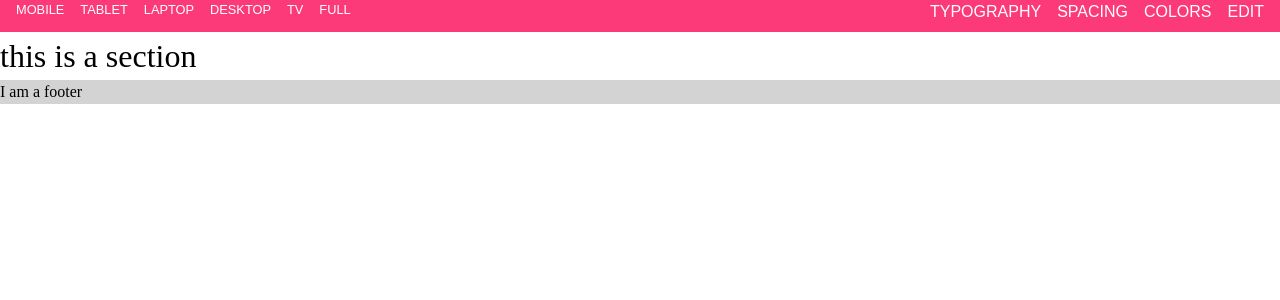
Repository: Terrycoco/coco-playground
Page: /
An editor plug-in stored every save of this project. The page is shown before and after the next save, followed by the edit.
The browser window is 1280 px wide. The pictures show the whole page.
The project was rebuilt for these pictures with package versions that can differ from the ones it lists, and the page was loaded fresh each time. The framework's server and built-in components were replaced by stand-ins that run in the browser. Also part of the build but not shown: next.config.js, src/components/layout/FakeHeader.js.

Above is the page before, as saved 2023-03-20 11:39:09.

After the next save:
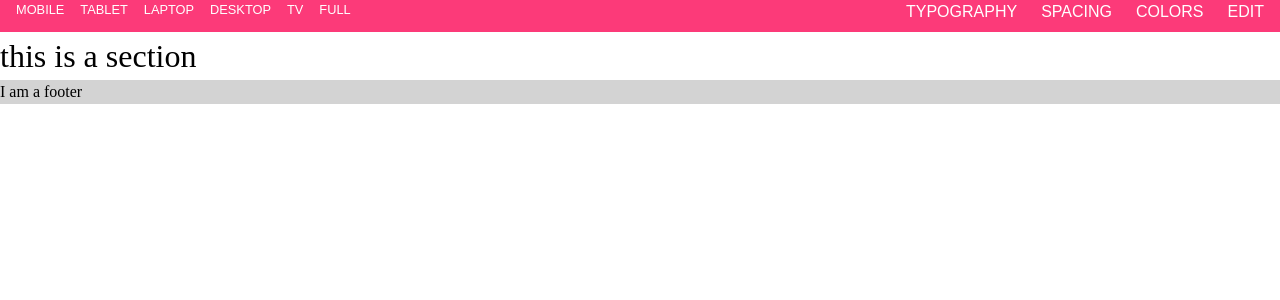
Saved 26 s later.
--- a/src/components/menus/MainMenu.js
+++ b/src/components/menus/MainMenu.js
@@ -25,7 +25,7 @@ function MainMenu() {
       fontFamily: "Arial, Helvetica",
       fontSize: "1em",
       textTransform: "uppercase",
-      paddingLeft: "1em",
+      paddingLeft: "1.5em",
     },
   };
 
